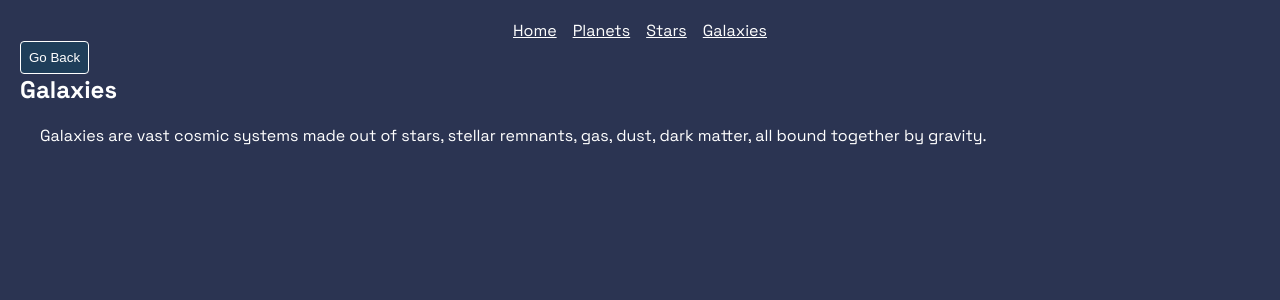
Repository: rmdayberry/Cosmic-Encyclopedia
Page: /galaxies
The author's editor kept a copy of each file at every save. The page is drawn from the files as they stood at one save, then again after the next save.
The browser window is 1280 px wide. The pictures show the whole page.
The project was rebuilt for these pictures with package versions that can differ from the ones it lists, and the page was loaded fresh each time. Also part of the build but not shown: vite.config.js, src/pages/Homepage.js.

Above is the page before, as saved 2024-08-31 15:53:30.

### index.html
<!DOCTYPE html>
<html lang="en">
  <head>
    <meta charset="UTF-8" />
    <meta name="viewport" content="width=device-width, initial-scale=1.0" />
    <title>Cosmic Encyclopedia</title>
  </head>
  <body>
    <div id="root"></div>
    <script type="module" src="/src/main.jsx"></script>
  </body>
</html>

### src/App.jsx
import { BrowserRouter as Router, Routes, Route } from "react-router-dom";
import NavBar from "./NavBar";
import NavigateBackButton from "./NavigateBackButton";

//pages
import Homepage from "./pages/Homepage";
import ContentPage from "./pages/ContentPage";

function App() {
  return (
    <Router>
      <NavBar />
      <NavigateBackButton />
      <Routes>
        <Route path="/" element={<Homepage />} />
        <Route path="/:id" element={<ContentPage />} />
      </Routes>
    </Router>
  );
}

export default App;

### src/index.css
@import url("https://fonts.googleapis.com/css2?family=Space+Grotesk:wght@300..700&display=swap");

:root {
  --primary: #1f3e5a;
  --secondary: #2b3452;
}

body {
  margin: 0;
  padding: 20px;
  font-family: "Space Grotesk";
  background-color: var(--secondary);
}
* {
  color: #fff;
  margin: 0;
}

p {
  margin: 20px;
}

button {
  border: 1px solid white;
  padding: 8px;
  border-radius: 4px;
  color: white;
  background: var(--primary);
  cursor: pointer;
}

nav {
  display: flex;
  gap: 16px;
  justify-content: center;
  max-width: 1200px;
  margin: auto;
}

### src/NavBar.js
import { Link } from "react-router-dom";

export default function NavBar() {
  return (
    <nav>
      <Link to="/">Home</Link>
      <Link to="/planets">Planets</Link>
      <Link to="/stars">Stars</Link>
      <Link to="/galaxies">Galaxies</Link>
    </nav>
  );
}

### src/NavigateBackButton.jsx
import { useNavigate } from "react-router-dom";

const NavigateBackButton = () => {
  const navigate = useNavigate();

  return <button onClick={() => navigate(-1)}>Go Back</button>;
};

export default NavigateBackButton;

### src/pages/ContentPage.jsx
import { useParams } from "react-router-dom";
import celestialData from "../data/celestialData";

export default function ContentPage() {
  const { id } = useParams();
  const content = celestialData[id];

  if (!content) {
    return <p>Content not found. Please choose another celestial object.</p>;
  }
  return (
    <div>
      <h2>{content.title}</h2>
      <p>{content.description}</p>
    </div>
  );
}

### src/data/celestialData.js
const celestialData = {
  planets: {
    title: "Planets",
    description:
      "Planets are facinating worlds that orbit around stars, each with unique characteristics, landscapes, and atmospheres. From the icy rings of Saturn, to the fiery surface of Venus, these celestial bodies offer endless opportunities for exploration and discovery",
  },
  stars: {
    title: "Stars",
    description:
      "Stars are massive, luminous spheres of plasma held together by gravity. The closest star to Earth is the Sun.",
  },
  galaxies: {
    title: "Galaxies",
    description:
      "Galaxies are vast cosmic systems made out of stars, stellar remnants, gas, dust, dark matter, all bound together by gravity.",
  },
};

export default celestialData;

Loaded but not shown: src/main.jsx (common file)

After the next save:
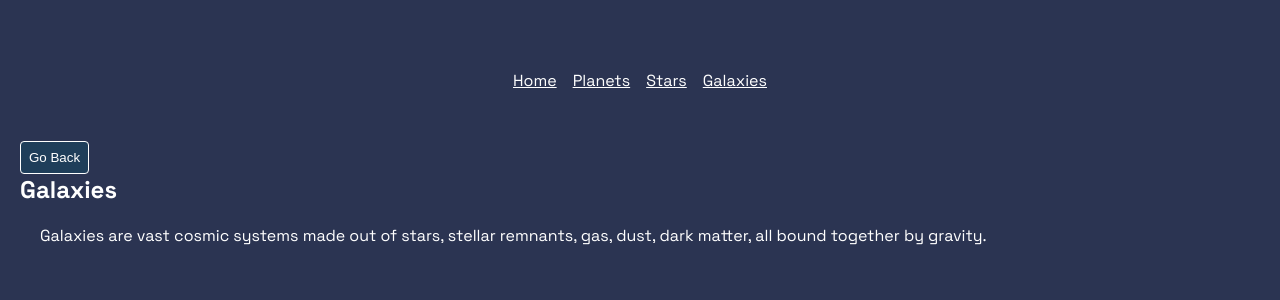
Saved 33 s later.
--- a/src/index.css
+++ b/src/index.css
@@ -31,6 +31,7 @@
 
 nav {
   display: flex;
+  padding: 50px;
   gap: 16px;
   justify-content: center;
   max-width: 1200px;

After the save that followed:
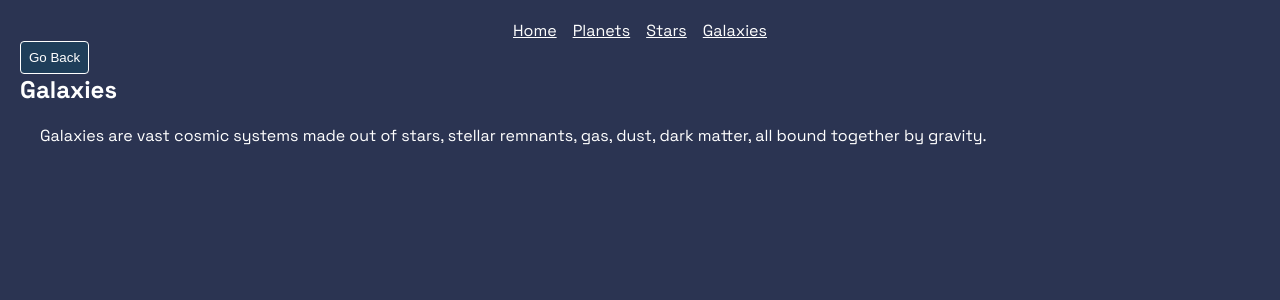
Saved 10 s later.
--- a/src/index.css
+++ b/src/index.css
@@ -31,7 +31,6 @@
 
 nav {
   display: flex;
-  padding: 50px;
   gap: 16px;
   justify-content: center;
   max-width: 1200px;
